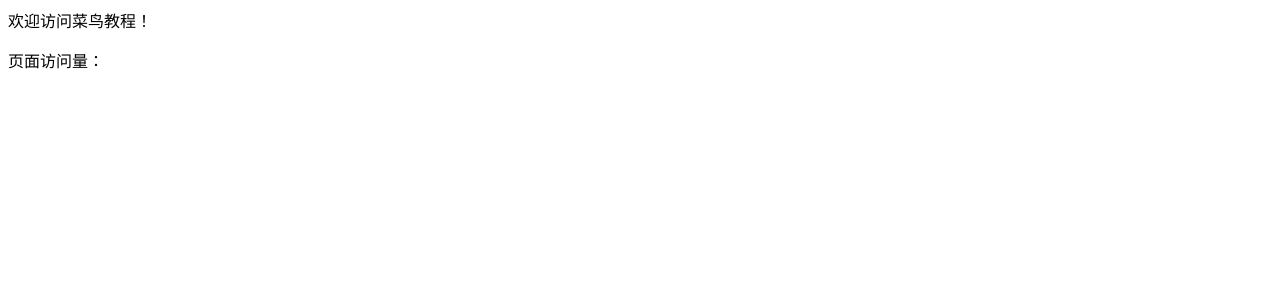
Repository: eterinfi/java
Page: http://localhost/JSPDemo/PVCount.jsp
An editor plug-in stored every save of this project. The page is shown before and after the next save, followed by the edit.
The browser window is 1280 px wide. The pictures show the whole page.
The page is served by Tomcat 9.

Above is the page before, as saved 2016-11-15 08:48:40.

After the next save:
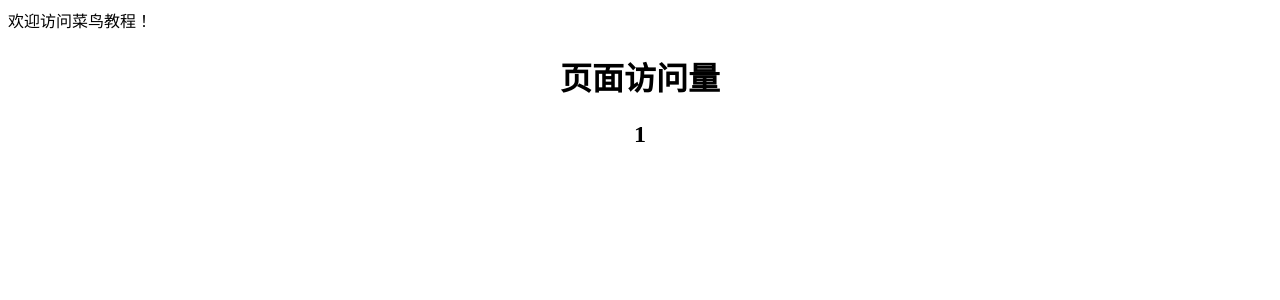
Saved 53 s later.
--- a/jee/JSPDemo/WebContent/PVCount.jsp
+++ b/jee/JSPDemo/WebContent/PVCount.jsp
@@ -21,6 +21,7 @@
     }
     application.setAttribute("hitCounter", hitCount);
   %>
-  <p>页面访问量：
+  <h1 align="center">页面访问量</h1>
+  <h2 align="center"><%= hitCount %></h2>
 </body>
 </html>

After the save that followed:
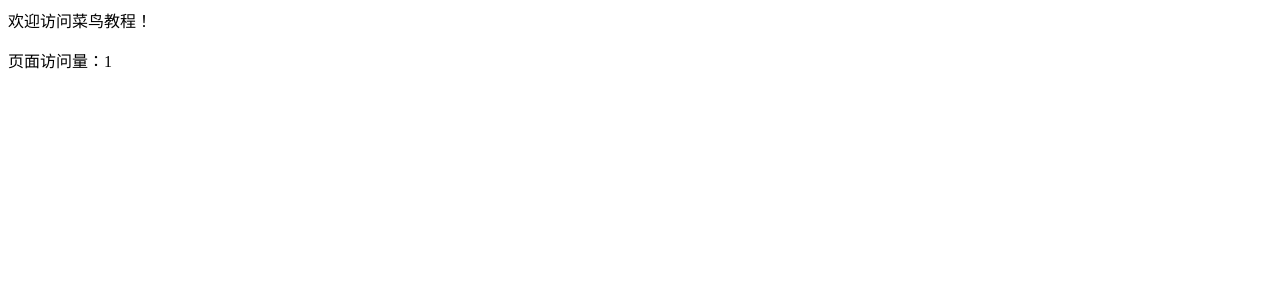
Saved 66 s later.
--- a/jee/JSPDemo/WebContent/PVCount.jsp
+++ b/jee/JSPDemo/WebContent/PVCount.jsp
@@ -21,7 +21,6 @@
     }
     application.setAttribute("hitCounter", hitCount);
   %>
-  <h1 align="center">页面访问量</h1>
-  <h2 align="center"><%= hitCount %></h2>
+  <p>页面访问量：<%= hitCount %></p>
 </body>
 </html>
